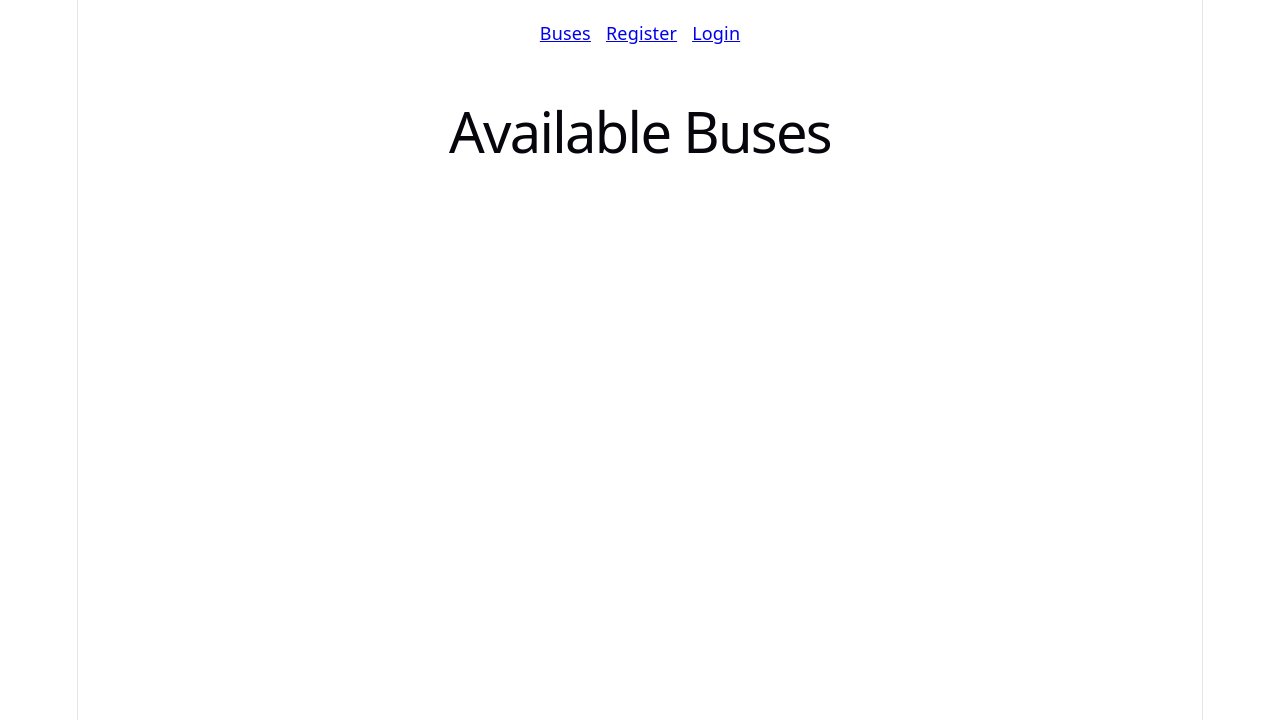
Repository: Eswarabhinay06/Bus-Reservation-System
Page: / (app in AIML-09-Bus-Reservation-System-main/bus-reservation-frontend/)
The author's editor kept a copy of each file at every save. The page is drawn from the files as they stood at one save, then again after the next save.
The browser window is 1280 px wide. The pictures show the whole page.
The page's requests for data from a server got no answer. The project was rebuilt for these pictures with package versions that can differ from the ones it lists, and the page was loaded fresh each time. No one was signed in, and anything a server would have sent is missing. Also part of the build but not shown: AIML-09-Bus-Reservation-System-main/bus-reservation-frontend/vite.config.js, AIML-09-Bus-Reservation-System-main/bus-reservation-frontend/src/pages/Register.jsx, AIML-09-Bus-Reservation-System-main/bus-reservation-frontend/src/pages/Login.jsx.

Above is the page before, as saved 2026-07-13 14:13:36.

After the next save:
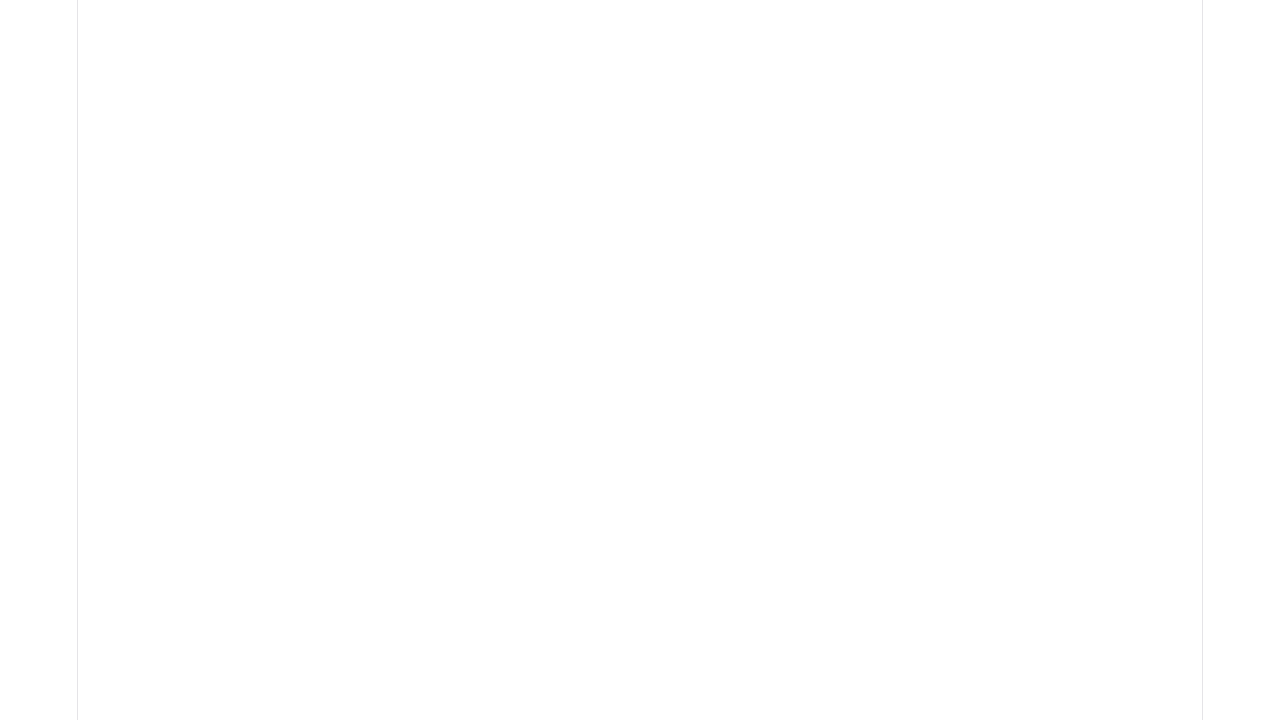
Console error (its wording comes from the project's code and is left out).
Saved 18 s later.
--- a/AIML-09-Bus-Reservation-System-main/bus-reservation-frontend/src/pages/SearchBus.jsx
+++ b/AIML-09-Bus-Reservation-System-main/bus-reservation-frontend/src/pages/SearchBus.jsx
@@ -1,76 +1,22 @@
-import { useEffect, useState } from "react";
-import api from "../services/api";
+const bookTicket = async (busId) => {
+  const user = JSON.parse(localStorage.getItem("user"));
 
-function SearchBus() {
-  const [buses, setBuses] = useState([]);
+  if (!user) {
+    alert("Please login first!");
+    return;
+  }
 
-  useEffect(() => {
+  try {
+    await api.post("/bookings", {
+      userId: user.id,
+      busId: busId,
+      seatCount: 1,
+    });
+
+    alert("Ticket booked successfully!");
     fetchBuses();
-  }, []);
-
-  const fetchBuses = async () => {
-    try {
-      const response = await api.get("/buses");
-      setBuses(response.data);
-    } catch (error) {
-      console.error(error);
-      alert("Failed to fetch buses");
-    }
-  };
-
-  const bookTicket = async (busId) => {
-    try {
-      await api.post("/bookings", {
-        userId: 2,
-        busId: busId,
-        seatCount: 1,
-      });
-
-      alert("Ticket booked successfully!");
-      fetchBuses(); // Refresh bus list
-    } catch (error) {
-      console.error(error);
-      alert("Booking failed");
-    }
-  };
-
-  return (
-    <div style={{ padding: "20px" }}>
-      <h1 style={{ textAlign: "center" }}>Available Buses</h1>
-
-      {buses.map((bus) => (
-        <div
-          key={bus.id}
-          style={{
-            border: "1px solid #ccc",
-            padding: "20px",
-            marginBottom: "20px",
-            borderRadius: "10px",
-          }}
-        >
-          <h2>{bus.busName}</h2>
-
-          <p><b>Bus Number:</b> {bus.busNumber}</p>
-          <p><b>Route:</b> {bus.source} → {bus.destination}</p>
-          <p><b>Departure:</b> {bus.departureTime}</p>
-          <p><b>Arrival:</b> {bus.arrivalTime}</p>
-          <p><b>Fare:</b> ₹{bus.fare}</p>
-          <p><b>Available Seats:</b> {bus.availableSeats}</p>
-
-          <button
-            onClick={() => bookTicket(bus.id)}
-            disabled={bus.availableSeats <= 0}
-            style={{
-              padding: "10px 20px",
-              cursor: "pointer",
-            }}
-          >
-            {bus.availableSeats > 0 ? "Book Ticket" : "Sold Out"}
-          </button>
-        </div>
-      ))}
-    </div>
-  );
-}
-
-export default SearchBus;
+  } catch (error) {
+    console.error(error);
+    alert("Booking failed");
+  }
+};

After the save that followed:
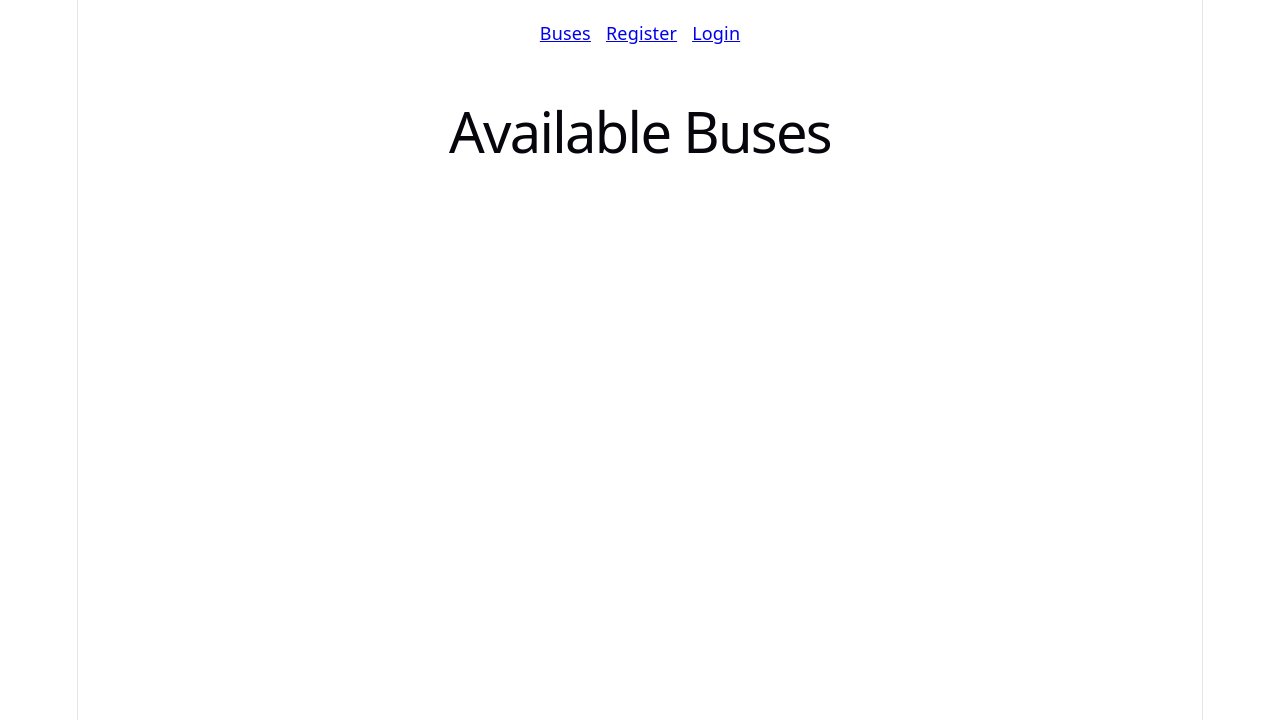
The error is gone.
Saved 4 min 2 s later.
--- a/AIML-09-Bus-Reservation-System-main/bus-reservation-frontend/src/pages/SearchBus.jsx
+++ b/AIML-09-Bus-Reservation-System-main/bus-reservation-frontend/src/pages/SearchBus.jsx
@@ -1,22 +1,84 @@
-const bookTicket = async (busId) => {
-  const user = JSON.parse(localStorage.getItem("user"));
+import { useEffect, useState } from "react";
+import api from "../services/api";
 
-  if (!user) {
-    alert("Please login first!");
-    return;
-  }
+function SearchBus() {
+  const [buses, setBuses] = useState([]);
 
-  try {
-    await api.post("/bookings", {
-      userId: user.id,
-      busId: busId,
-      seatCount: 1,
-    });
+  useEffect(() => {
+    fetchBuses();
+  }, []);
 
-    alert("Ticket booked successfully!");
-    fetchBuses();
-  } catch (error) {
-    console.error(error);
-    alert("Booking failed");
-  }
-};
+  const fetchBuses = async () => {
+    try {
+      const response = await api.get("/buses");
+      setBuses(response.data);
+    } catch (error) {
+      console.error(error);
+      alert("Failed to fetch buses");
+    }
+  };
+
+  // ✅ This function must be INSIDE the component
+  const bookTicket = async (busId) => {
+    const user = JSON.parse(localStorage.getItem("user"));
+
+    if (!user) {
+      alert("Please login first!");
+      return;
+    }
+
+    try {
+      await api.post("/bookings", {
+        userId: user.id,
+        busId: busId,
+        seatCount: 1,
+      });
+
+      alert("Ticket booked successfully!");
+      fetchBuses(); // Refresh bus list
+    } catch (error) {
+      console.error(error);
+      alert("Booking failed");
+    }
+  };
+
+  return (
+    <div style={{ padding: "20px" }}>
+      <h1 style={{ textAlign: "center" }}>Available Buses</h1>
+
+      {buses.map((bus) => (
+        <div
+          key={bus.id}
+          style={{
+            border: "1px solid #ccc",
+            padding: "20px",
+            marginBottom: "20px",
+            borderRadius: "10px",
+          }}
+        >
+          <h2>{bus.busName}</h2>
+
+          <p><b>Bus Number:</b> {bus.busNumber}</p>
+          <p><b>Route:</b> {bus.source} → {bus.destination}</p>
+          <p><b>Departure:</b> {bus.departureTime}</p>
+          <p><b>Arrival:</b> {bus.arrivalTime}</p>
+          <p><b>Fare:</b> ₹{bus.fare}</p>
+          <p><b>Available Seats:</b> {bus.availableSeats}</p>
+
+          <button
+            onClick={() => bookTicket(bus.id)}
+            disabled={bus.availableSeats <= 0}
+            style={{
+              padding: "10px 20px",
+              cursor: "pointer",
+            }}
+          >
+            {bus.availableSeats > 0 ? "Book Ticket" : "Sold Out"}
+          </button>
+        </div>
+      ))}
+    </div>
+  );
+}
+
+export default SearchBus;
